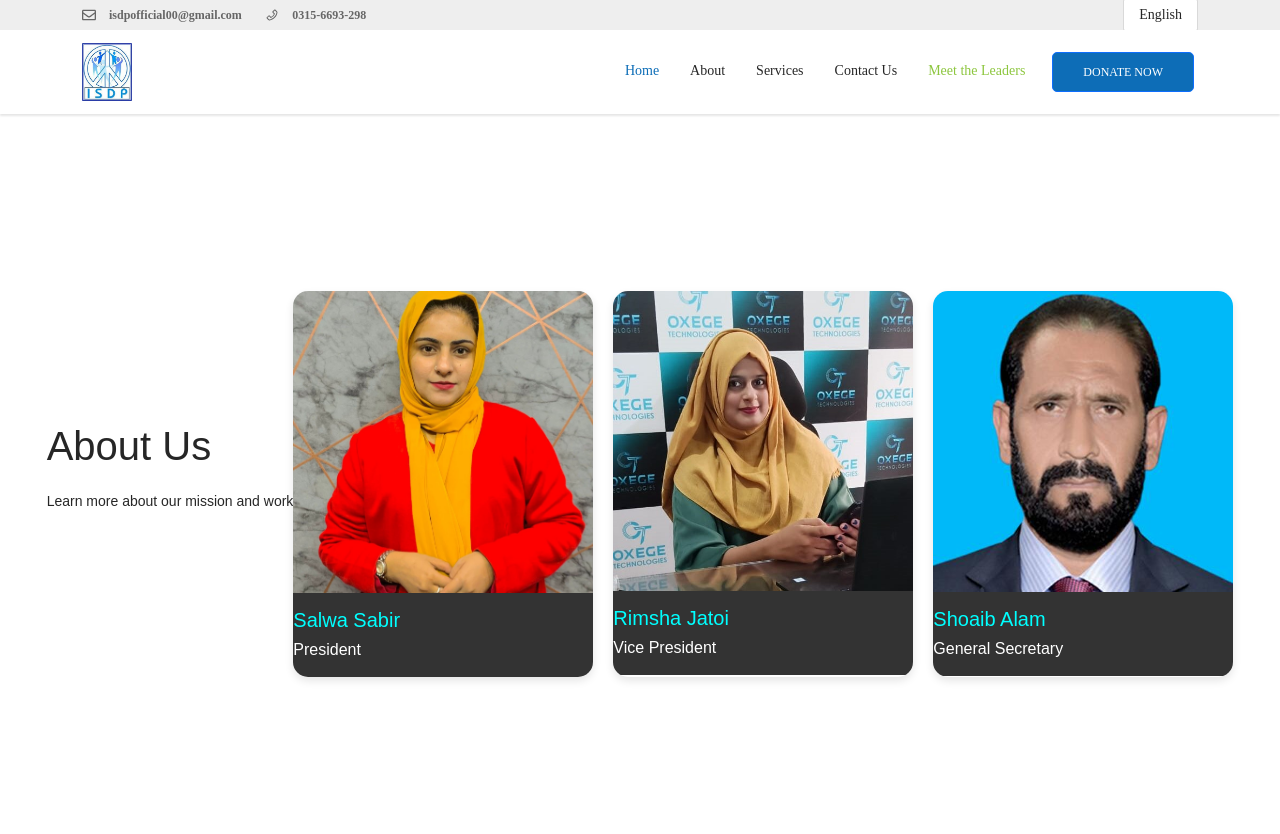
Repository: mfaizanakram8/isdp
Page: team.html
These files come from the project's save history. The page is drawn as it stood at one moment and after the next save; the edit follows.
The browser window is 1280 px wide. The pictures show the part of the page from y = 0 to 834 px (the page is 1410 px tall).
Pictures or frames that could not be fetched are drawn as grey boxes. Some web fonts or font styles are not loaded; a fallback is used.

Above is the page before, as saved 2025-02-23 00:34:31.

After the next save:
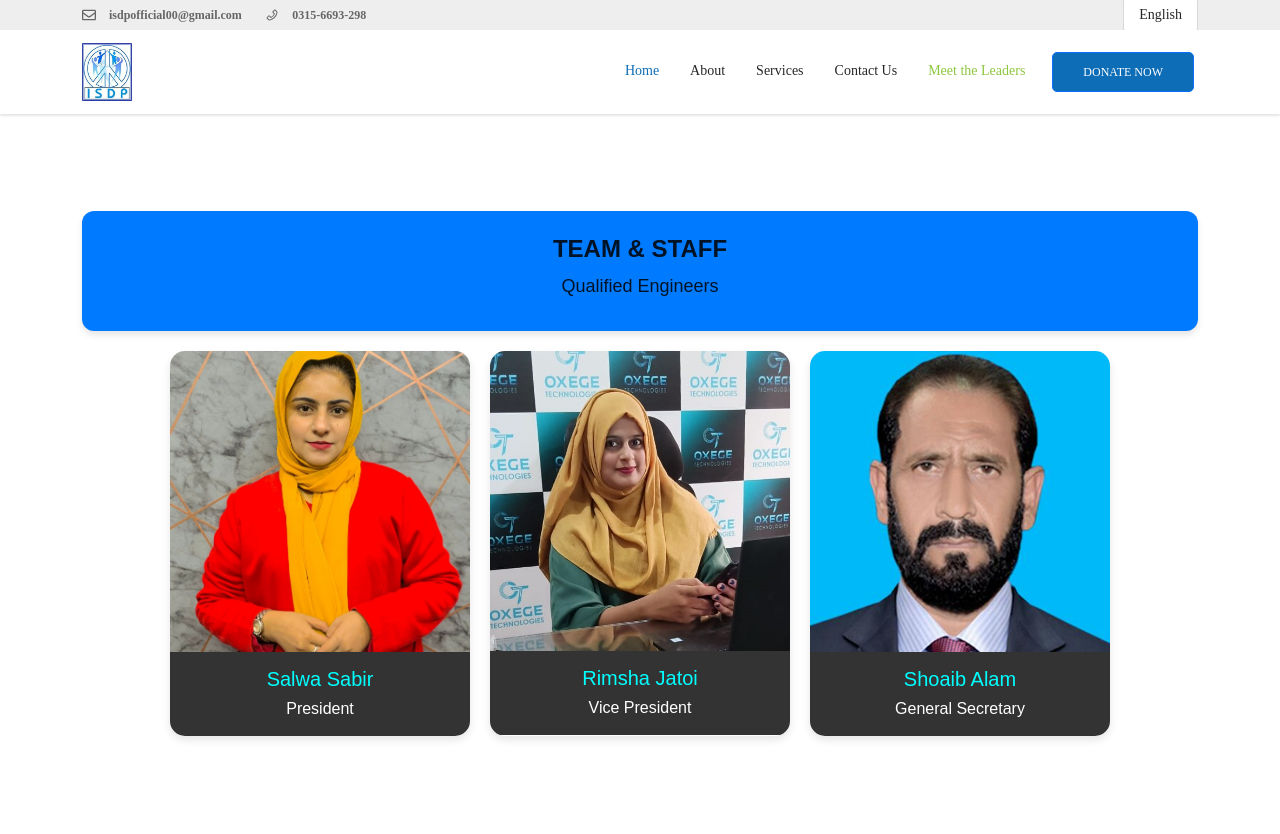
Saved 6 s later.
--- a/team.html
+++ b/team.html
@@ -487,10 +487,12 @@
 
 <div class="maincont">
 
-  <header>
-    <h1>About Us</h1>
-    <p>Learn more about our mission and work</p>
-</header>
+    <div class="container">
+
+      <div style="background-color: #007bff; color: white; border-radius: 12px; padding: 24px;   box-shadow: 0px 4px 6px rgba(0, 0, 0, 0.1); text-align: center;">
+        <h1 style="font-size: 24px; font-weight: bold;">TEAM & STAFF</h1>
+        <h2 style="font-size: 18px;">Qualified Engineers</h2>
+    </div>
         <div class="team-members">
             <div class="member">
                 <img src="t3.jpeg" alt="Lionel Wurtch Bach">
